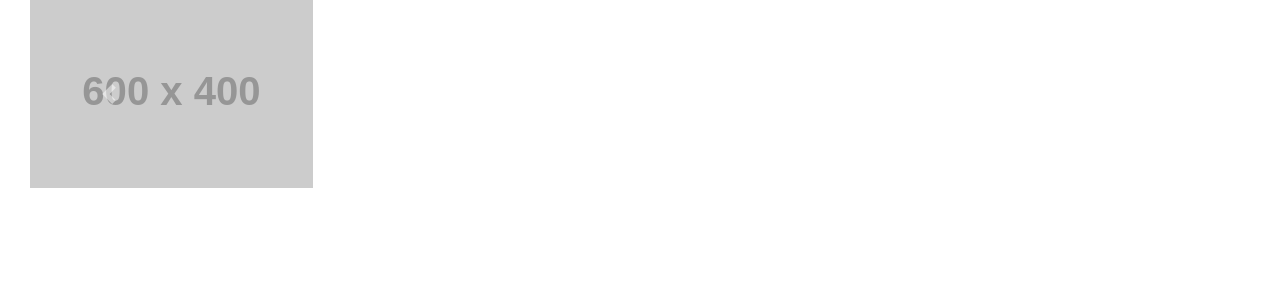
Repository: isranivishal/TsecCodestorm
Page: slider.html
These files come from the project's save history. The page is drawn as it stood at one moment and after the next save; the edit follows.
The browser window is 1280 px wide. The pictures show the whole page.
Some web libraries are served in a nearby version.

Above is the page before, as saved 2018-09-21 18:51:55.
Console error: TypeError: Cannot read properties of undefined (reading 'fn')

### slider.html
<!Doctype HTML>
<html>
    <head>
            <link href="//maxcdn.bootstrapcdn.com/bootstrap/4.0.0/css/bootstrap.min.css" rel="stylesheet" id="bootstrap-css">
<script src="//maxcdn.bootstrapcdn.com/bootstrap/4.0.0/js/bootstrap.min.js"></script>
<script src="//code.jquery.com/jquery-1.11.1.min.js"></script>
    </head>

    <body>
            <div class="container-fluid">
                    <div id="carouselExample" class="carousel slide" data-ride="carousel" data-interval="9000">
                        <div class="carousel-inner row w-100 mx-auto" role="listbox">
                            <div class="carousel-item col-md-3  active">
                               <div class="panel panel-default">
                                  <div class="panel-thumbnail">
                                    <a href="#" title="image 1" class="thumb">
                                      <img class="img-fluid mx-auto d-block" src="//via.placeholder.com/600x400?text=1" alt="slide 1">
                                    </a>
                                  </div>
                                </div>
                            </div>
                            <div class="carousel-item col-md-3 ">
                               <div class="panel panel-default">
                                  <div class="panel-thumbnail">
                                    <a href="#" title="image 3" class="thumb">
                                     <img class="img-fluid mx-auto d-block" src="//via.placeholder.com/600x400?text=2" alt="slide 2">
                                    </a>
                                  </div>
                                </div>
                            </div>
                            <div class="carousel-item col-md-3 ">
                               <div class="panel panel-default">
                                  <div class="panel-thumbnail">
                                    <a href="#" title="image 4" class="thumb">
                                     <img class="img-fluid mx-auto d-block" src="//via.placeholder.com/600x400?text=3" alt="slide 3">
                                    </a>
                                  </div>
                                </div>
                            </div>
                            <div class="carousel-item col-md-3 ">
                                <div class="panel panel-default">
                                  <div class="panel-thumbnail">
                                    <a href="#" title="image 5" class="thumb">
                                     <img class="img-fluid mx-auto d-block" src="//via.placeholder.com/600x400?text=4" alt="slide 4">
                                    </a>
                                  </div>
                                </div>
                            </div>
                            <div class="carousel-item col-md-3 ">
                              <div class="panel panel-default">
                                  <div class="panel-thumbnail">
                                    <a href="#" title="image 6" class="thumb">
                                      <img class="img-fluid mx-auto d-block" src="//via.placeholder.com/600x400?text=5" alt="slide 5">
                                    </a>
                                  </div>
                                </div>
                            </div>
                            <div class="carousel-item col-md-3 ">
                               <div class="panel panel-default">
                                  <div class="panel-thumbnail">
                                    <a href="#" title="image 7" class="thumb">
                                      <img class="img-fluid mx-auto d-block" src="//via.placeholder.com/600x400?text=6" alt="slide 6">
                                    </a>
                                  </div>
                                </div>
                            </div>
                            <div class="carousel-item col-md-3 ">
                               <div class="panel panel-default">
                                  <div class="panel-thumbnail">
                                    <a href="#" title="image 8" class="thumb">
                                      <img class="img-fluid mx-auto d-block" src="//via.placeholder.com/600x400?text=7" alt="slide 7">
                                    </a>
                                  </div>
                                </div>
                            </div>
                             <div class="carousel-item col-md-3  ">
                                <div class="panel panel-default">
                                  <div class="panel-thumbnail">
                                    <a href="#" title="image 2" class="thumb">
                                     <img class="img-fluid mx-auto d-block" src="//via.placeholder.com/600x400?text=8" alt="slide 8">
                                    </a>
                                  </div>

                                </div>
                            </div>
                        </div>
                        <a class="carousel-control-prev" href="#carouselExample" role="button" data-slide="prev">
                            <span class="carousel-control-prev-icon" aria-hidden="true"></span>
                            <span class="sr-only">Previous</span>
                        </a>
                        <a class="carousel-control-next text-faded" href="#carouselExample" role="button" data-slide="next">
                            <span class="carousel-control-next-icon" aria-hidden="true"></span>
                            <span class="sr-only">Next</span>
                        </a>
                    </div>
                </div>
    </body>

After the next save:
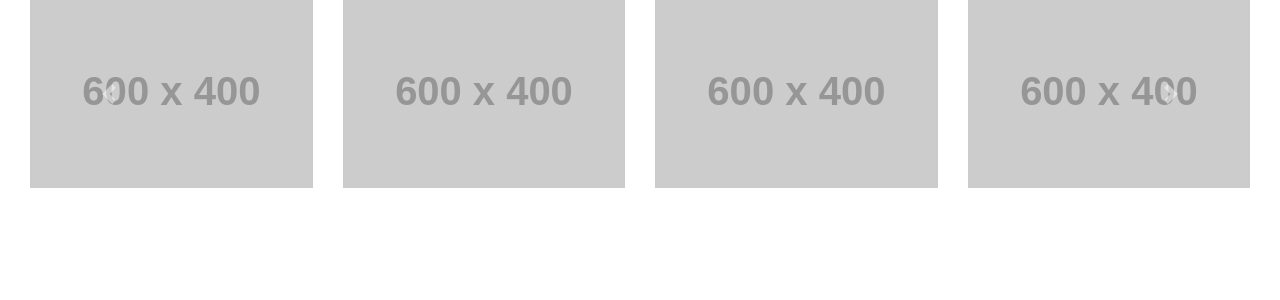
Saved 76 s later.
--- a/slider.html
+++ b/slider.html
@@ -1,9 +1,90 @@
 <!Doctype HTML>
 <html>
     <head>
-            <link href="//maxcdn.bootstrapcdn.com/bootstrap/4.0.0/css/bootstrap.min.css" rel="stylesheet" id="bootstrap-css">
-<script src="//maxcdn.bootstrapcdn.com/bootstrap/4.0.0/js/bootstrap.min.js"></script>
-<script src="//code.jquery.com/jquery-1.11.1.min.js"></script>
+        <link href="//maxcdn.bootstrapcdn.com/bootstrap/4.0.0/css/bootstrap.min.css" rel="stylesheet" id="bootstrap-css">
+        <script src="//maxcdn.bootstrapcdn.com/bootstrap/4.0.0/js/bootstrap.min.js"></script>
+        <script src="//code.jquery.com/jquery-1.11.1.min.js"></script>
+
+        <style>
+            @media (min-width: 768px) {
+
+/* show 3 items */
+.carousel-inner .active,
+.carousel-inner .active + .carousel-item,
+.carousel-inner .active + .carousel-item + .carousel-item,
+.carousel-inner .active + .carousel-item + .carousel-item + .carousel-item  {
+    display: block;
+}
+
+.carousel-inner .carousel-item.active:not(.carousel-item-right):not(.carousel-item-left),
+.carousel-inner .carousel-item.active:not(.carousel-item-right):not(.carousel-item-left) + .carousel-item,
+.carousel-inner .carousel-item.active:not(.carousel-item-right):not(.carousel-item-left) + .carousel-item + .carousel-item,
+.carousel-inner .carousel-item.active:not(.carousel-item-right):not(.carousel-item-left) + .carousel-item + .carousel-item + .carousel-item {
+    transition: none;
+}
+
+.carousel-inner .carousel-item-next,
+.carousel-inner .carousel-item-prev {
+  position: relative;
+  transform: translate3d(0, 0, 0);
+}
+
+.carousel-inner .active.carousel-item + .carousel-item + .carousel-item + .carousel-item + .carousel-item {
+    position: absolute;
+    top: 0;
+    right: -25%;
+    z-index: -1;
+    display: block;
+    visibility: visible;
+}
+
+/* left or forward direction */
+.active.carousel-item-left + .carousel-item-next.carousel-item-left,
+.carousel-item-next.carousel-item-left + .carousel-item,
+.carousel-item-next.carousel-item-left + .carousel-item + .carousel-item,
+.carousel-item-next.carousel-item-left + .carousel-item + .carousel-item + .carousel-item,
+.carousel-item-next.carousel-item-left + .carousel-item + .carousel-item + .carousel-item + .carousel-item {
+    position: relative;
+    transform: translate3d(-100%, 0, 0);
+    visibility: visible;
+}
+
+/* farthest right hidden item must be abso position for animations */
+.carousel-inner .carousel-item-prev.carousel-item-right {
+    position: absolute;
+    top: 0;
+    left: 0;
+    z-index: -1;
+    display: block;
+    visibility: visible;
+}
+
+/* right or prev direction */
+.active.carousel-item-right + .carousel-item-prev.carousel-item-right,
+.carousel-item-prev.carousel-item-right + .carousel-item,
+.carousel-item-prev.carousel-item-right + .carousel-item + .carousel-item,
+.carousel-item-prev.carousel-item-right + .carousel-item + .carousel-item + .carousel-item,
+.carousel-item-prev.carousel-item-right + .carousel-item + .carousel-item + .carousel-item + .carousel-item {
+    position: relative;
+    transform: translate3d(100%, 0, 0);
+    visibility: visible;
+    display: block;
+    visibility: visible;
+}
+
+}
+
+/* Bootstrap Lightbox using Modal */
+
+#profile-grid { overflow: auto; white-space: normal; }
+#profile-grid .profile { padding-bottom: 40px; }
+#profile-grid .panel { padding: 0 }
+#profile-grid .panel-body { padding: 15px }
+#profile-grid .profile-name { font-weight: bold; }
+#profile-grid .thumbnail {margin-bottom:6px;}
+#profile-grid .panel-thumbnail { overflow: hidden; }
+#profile-grid .img-rounded { border-radius: 4px 4px 0 0;}
+        </style>
     </head>
 
     <body>
